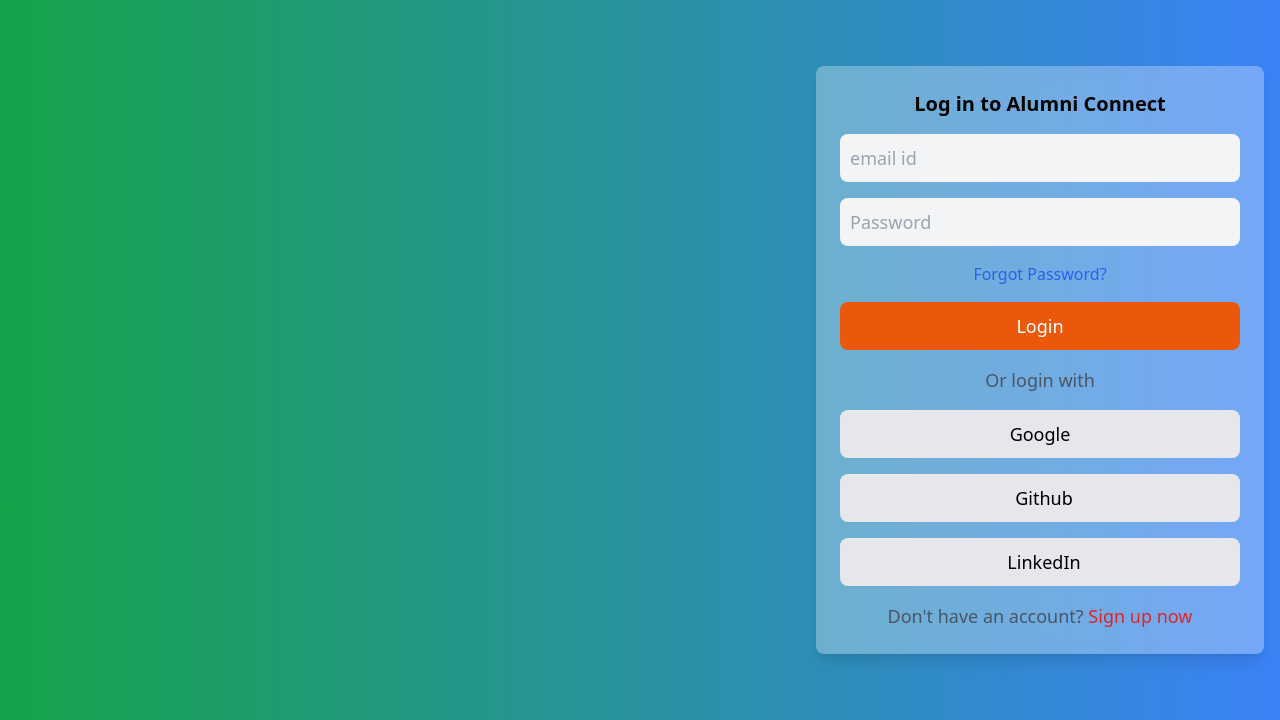
Repository: ptsdpatient/SIH24
Page: /login (app in frontend/)
An editor plug-in stored every save of this project. The page is shown before and after the next save, followed by the edit.
The browser window is 1280 px wide. The pictures show the whole page.
The page's requests for data from a server got no answer. Some web libraries are served in a nearby version. The project was rebuilt for these pictures with package versions that can differ from the ones it lists, and the page was loaded fresh each time. The framework's server and built-in components were replaced by stand-ins that run in the browser. No one was signed in, and anything a server would have sent is missing.

Above is the page before, as saved 2024-09-14 15:58:54.

### frontend/src/app.html
<!doctype html>
<html lang="en">
	<head>
		<script src="https://accounts.google.com/gsi/client" async defer></script>
		<script src="https://cdn.tailwindcss.com"></script>

		<meta charset="utf-8" />
		<link rel="icon" href="%sveltekit.assets%/favicon.png" />
		<meta name="viewport" content="width=device-width, initial-scale=1" />
		%sveltekit.head%
	</head>
	<body data-sveltekit-preload-data="hover">
		<div style="display: contents">%sveltekit.body%</div>
	</body>
</html>

### frontend/src/routes/login/+page.svelte
<script>
    import {onMount} from 'svelte'
    const apiKey = import.meta.env.VITE_API_KEY;

    let email = '';
    let password = '';
    let enableTokenDebugging = false;


    async function authenticateToken(token){
        try{
            const response = await fetch((apiKey+'authenticateToken'), {
                method: 'GET',
                headers: {
                    'Content-Type': 'application/json',
                    'Authorization': `Bearer ${token}`
                },

            })

            const data = await response.json();

            if(data.auth){
              window.location.href = data.admin?'/admin':'/home'
            }

        }catch(err){
            alert("your session has expired, please login again")
        }
    }

    async function handleLogin() {
      const loginData = {
        email: email,
        password: password
      };

      try {
        const response = await fetch((apiKey+'login'), {
          method: 'POST',
          headers: {
          'Content-Type': 'application/json'
          },
          body: JSON.stringify(loginData),
        });

        if (!response.ok) {
          alert("failed")
          throw new Error('Login failed');
        }


        const data = await response.json();

        if(data.token) {
          localStorage.setItem('token', data.token);
        }

        if(data.user.isAdmin>0)admin=true

        window.location.href = '/home'

        console.log('Login successful:', data);
      } catch (error) {
        console.error('Error during login:', error);
      }
    }


    onMount(()=>{
         const token = localStorage.getItem('token');
         if(token) {
            authenticateToken(token)
         }
    })

  </script>


<div class="flex flex-col md:flex-row justify-end bg-gradient-to-r from-green-600 to-blue-500" style="width:100vw;height:100svh">

    <div class=" absolute md:relative flex items-center justify-center p-4">
        <div class="bg-white bg-opacity-30 backdrop-blur rounded-lg shadow-lg p-6 max-w-md w-full animate-fadeIn">
            <p id="login" class="text-center text-xl font-semibold">Log in to Alumni Connect</p>
            <div action="" class="mt-4">
                <input bind:value={email} type="email" id="username" name="username" placeholder="email id"  required class="w-full p-2.5 mb-4 border-none rounded-lg text-lg bg-gray-100 outline-none">
                <input bind:value={password} type="password" id="password" name="password" placeholder="Password" required class="w-full p-2.5 mb-4 border-none rounded-lg text-lg bg-gray-100 outline-none">
                <p class="text-gray-600 text-center mb-4">
                    <a href="forgot_password.html" class="text-blue-600">Forgot Password?</a>
                </p>


                <button on:click={()=>handleLogin()} class="w-full p-2.5 mb-4 border-none rounded-lg text-lg bg-orange-600 text-white cursor-pointer">Login</button>


                <p id="suggest" class="text-gray-600 text-center text-lg mb-4">Or login with</p>
                <button class="w-full p-2.5 mb-4 border-none rounded-lg text-lg bg-gray-200 flex items-center justify-center">
                    <img src="" alt=""> Google
                </button>
                <button class="w-full p-2.5 mb-4 border-none rounded-lg text-lg bg-gray-200 flex items-center justify-center">
                    <i class="fa-brands fa-github mr-2"></i> Github
                </button>
                <button class="w-full p-2.5 mb-4 border-none rounded-lg text-lg bg-gray-200 flex items-center justify-center">
                    <i class="fa-brands fa-linkedin mr-2"></i> LinkedIn
                </button>
                <p id="suggest" class="text-gray-600 text-center text-lg">Don't have an account?
                    <a href="login.svelte" id="signup" class="text-red-600">Sign up now</a>
                </p>
              </div>
        </div>
    </div>




</div>

After the next save:
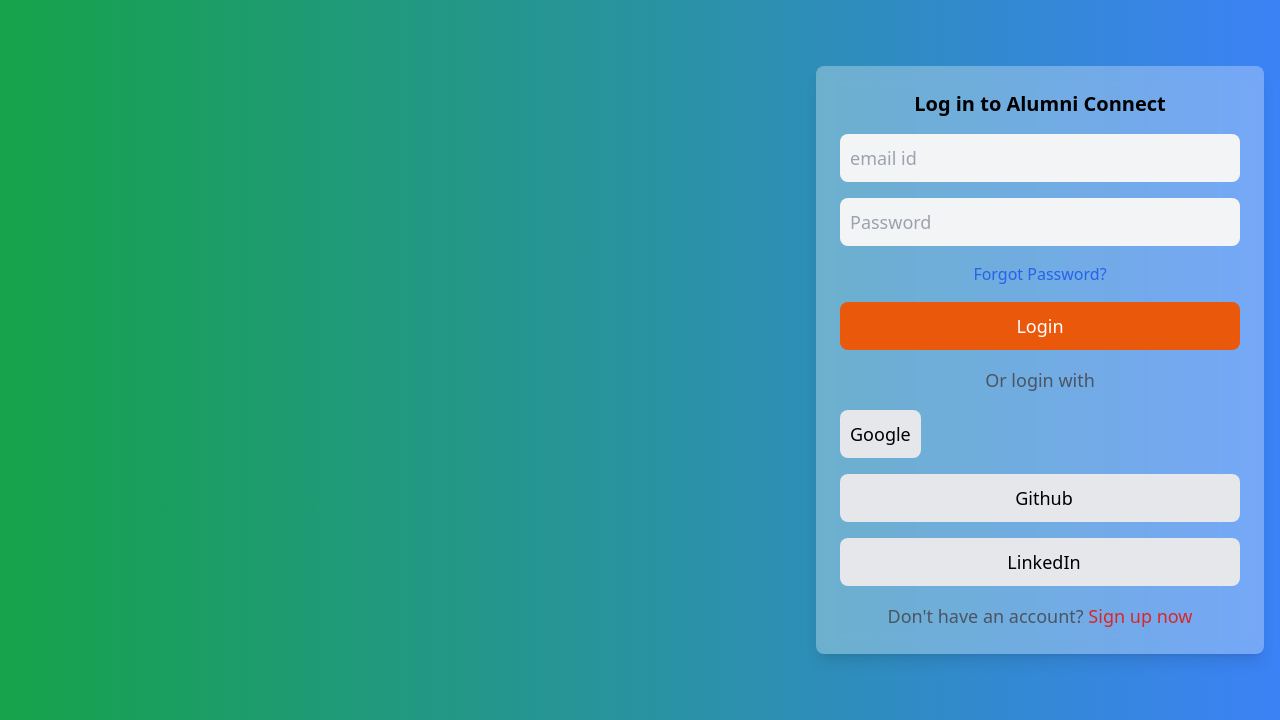
Saved 14 s later.
--- a/frontend/src/routes/login/+page.svelte
+++ b/frontend/src/routes/login/+page.svelte
@@ -94,7 +94,7 @@
 
 
                 <p id="suggest" class="text-gray-600 text-center text-lg mb-4">Or login with</p>
-                <button class="w-full p-2.5 mb-4 border-none rounded-lg text-lg bg-gray-200 flex items-center justify-center">
+                <button class="w- p-2.5 mb-4 border-none rounded-lg text-lg bg-gray-200 flex items-center justify-center">
                     <img src="" alt=""> Google
                 </button>
                 <button class="w-full p-2.5 mb-4 border-none rounded-lg text-lg bg-gray-200 flex items-center justify-center">
